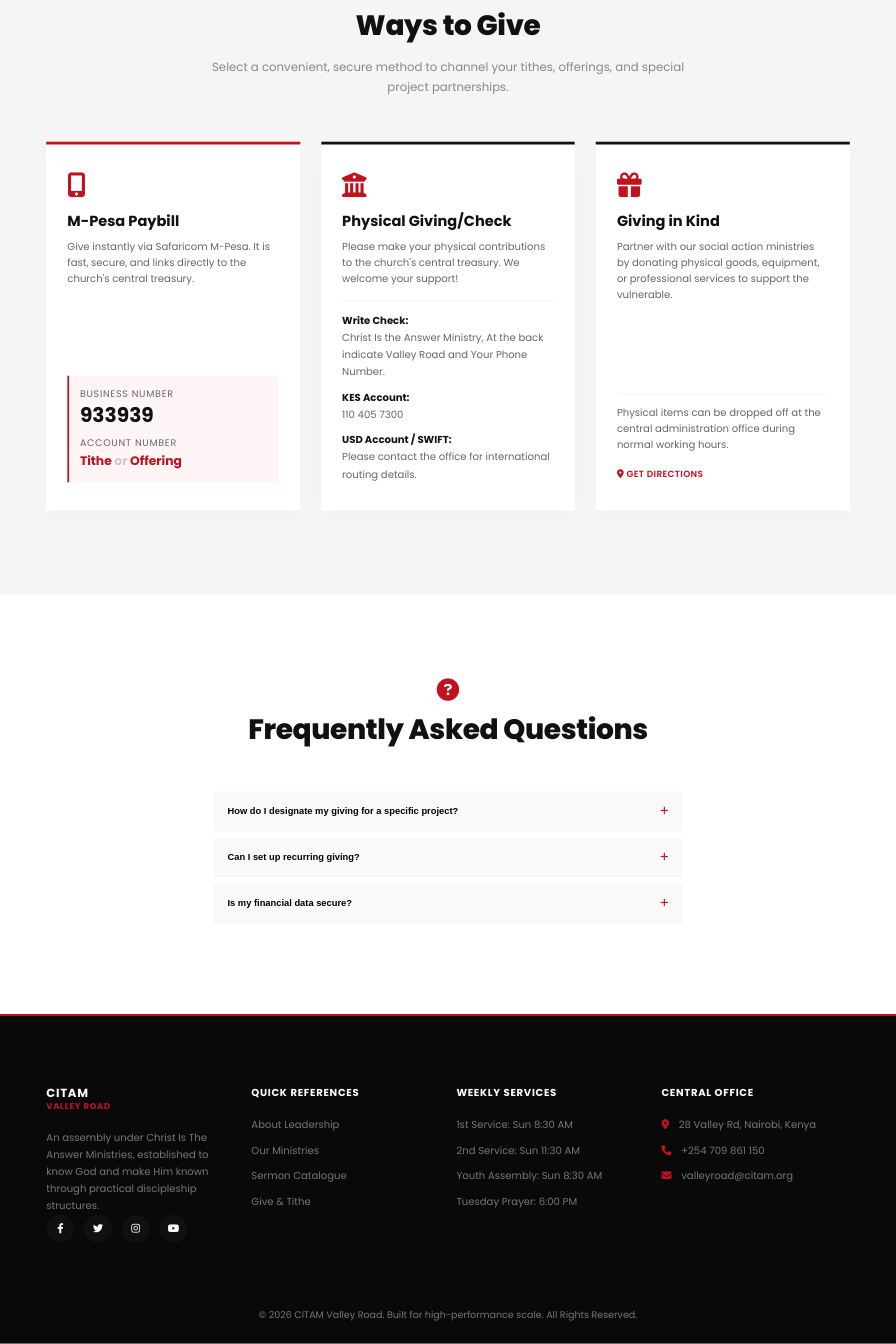
Repository: jereworks/CITAMVRD-Website
Page: give.html
These files come from the project's save history. The page is drawn as it stood at one moment and after the next save; the edit follows.
The browser window is 1280 px wide. The pictures show the part of the page from y = 618 to 2538 px (the page is 2538 px tall before and 2477 px after), at 70% of full size.

Above is the page before, as saved 2026-06-11 16:57:47.

### give.html
<!DOCTYPE html>
<html lang="en">
<head>
    <meta charset="UTF-8">
    <meta name="viewport" content="width=device-width, initial-scale=1.0">
    <meta name="description" content="Support the ministry at CITAM Valley Road through your tithes, offerings, and partnership. Find our M-Pesa Paybill, Bank details, and other giving methods.">
    <title>Give & Partner | CITAM Valley Road</title>

    <link rel="preconnect" href="https://fonts.googleapis.com">
    <link rel="preconnect" href="https://fonts.gstatic.com" crossorigin>
    <link href="https://fonts.googleapis.com/css2?family=Poppins:wght@300;400;500;600;700;800&display=swap" rel="stylesheet">
    <link rel="stylesheet" href="https://cdnjs.cloudflare.com/ajax/libs/font-awesome/6.4.0/css/all.min.css">

    <link rel="stylesheet" href="css/style.css">
</head>
<body>

    <div class="top-bar">
        <div class="container top-bar-flex">
            <div class="top-info">
                <span><i class="fas fa-phone-alt"></i> +254 709 861 150</span>
                <span><i class="fas fa-envelope"></i> valleyroad@citam.org</span>
                <span><i class="fas fa-map-marker-alt"></i> 28 Valley Rd, Nairobi, Kenya</span>
            </div>
            <div class="top-social">
                <a href="https://www.facebook.com/citamvrdke" target="_blank" aria-label="Facebook"><i class="fab fa-facebook-f"></i></a>
                <a href="https://x.com/CitamVrdKE" aria-label="Twitter"><i class="fab fa-twitter"></i></a>
                <a href="https://www.instagram.com/citamvrdke/" aria-label="Instagram"><i class="fab fa-instagram"></i></a>
                <a href="https://www.youtube.com/@CITAMValleyRoadNPC" aria-label="YouTube"><i class="fab fa-youtube"></i></a>
            </div>
        </div>
    </div>

    <header class="header" id="header">
        <div class="container nav-container">

            <a href="index.html" class="logo" aria-label="CITAM Valley Road Home" style="display: flex; align-items: center; gap: 15px; text-decoration: none;">
                <img src="images/CITAMLOGO.svg" alt="CITAM Logo" style="height: 70px; width: auto; display: block;">

                <div style="display: flex; flex-direction: column; justify-content: center;">
                    <span style="font-size: 2.2rem; font-weight: 800; color: #ffffff; line-height: 0.85; letter-spacing: 2px;">
                        CITAM
                    </span>
                    <span style="font-size: 0.7rem; font-weight: 400; color: #ffffff; line-height: 1; margin-top: 6px; text-transform: uppercase; width: 100%; text-align-last: justify;">
                        Valley Road
                    </span>
                </div>
            </a>

            <nav class="nav-menu" id="nav-menu" aria-label="Main Navigation">
                <ul class="nav-list">
                    <li><a href="index.html">Home</a></li>
                    <li><a href="about.html">About Us</a></li>
                    <li><a href="ministries.html">Ministries</a></li>
                    <li><a href="sermons.html">Sermons</a></li>
                    <li><a href="events.html">Events</a></li>
                    <li><a href="gallery.html">Gallery</a></li>
                    <li><a href="contact.html">Contact</a></li>
                </ul>
            </nav>

            <div class="nav-actions">
                <a href="give.html" class="btn btn-primary btn-nav active">Give / Tithe</a>
                <button class="hamburger" id="hamburger" aria-expanded="false" aria-label="Toggle navigation menu">
                    <i class="fas fa-bars"></i>
                </button>
            </div>
        </div>
    </header>

    <section class="about-hero-banner" style="background: linear-gradient(rgba(17, 17, 17, 0.85), rgba(17, 17, 17, 0.85)), url('https://images.unsplash.com/photo-1529070538774-1843cb3265df?auto=format&fit=crop&w=1920&q=80') no-repeat center center/cover;">
        <div class="container text-center">
            <span class="hero-pre-tag animate-on-scroll reveal-up">Worship & Partner</span>
            <h1 class="animate-on-scroll reveal-up delay-1">Giving & Tithes</h1>
            <p class="hero-subtext animate-on-scroll reveal-up delay-2">Honoring God through our resources to advance the Kingdom, support our community, and impact the world.</p>
        </div>
    </section>

    <section class="section bg-light">
        <div class="container">
            <div class="text-center mb-4">
                <span class="section-subtitle text-primary">Secure Transfer Ecosystems</span>
                <h2 class="section-title">Ways to Give</h2>
                <p class="max-width-text">Select a convenient, secure method to channel your tithes, offerings, and special project partnerships.</p>
            </div>

            <div class="grid-3 mt-4">

                <div class="identity-box card-vision animate-on-scroll reveal-up" style="display: flex; flex-direction: column;">
                    <div style="overflow: visible;">
                        <i class="fas fa-mobile-alt icon-lead text-primary"></i>
                    </div>
                    <h3>M-Pesa Paybill</h3>
                    <p style="flex-grow: 1;">Give instantly via Safaricom M-Pesa. It is fast, secure, and links directly to the church's central treasury.</p>

                    <div style="background: rgba(193, 18, 31, 0.04); border-left: 3px solid var(--primary); padding: 15px; margin-top: 20px; border-radius: 0 4px 4px 0;">
                        <span style="display: block; font-size: 0.85rem; color: var(--text-muted); text-transform: uppercase; letter-spacing: 1px;">Business Number</span>
                        <strong style="display: block; font-size: 1.8rem; color: var(--dark); line-height: 1.2;">933939</strong>

                        <span style="display: block; font-size: 0.85rem; color: var(--text-muted); text-transform: uppercase; letter-spacing: 1px; margin-top: 12px;">Account Number</span>
                        <strong style="display: block; font-size: 1.1rem; color: var(--primary);">Tithe <span style="color: #ccc;">or</span> Offering</strong>
                    </div>
                </div>

                <div class="identity-box animate-on-scroll reveal-up delay-1" style="display: flex; flex-direction: column;">
                    <div style="overflow: visible;">
                        <i class="fas fa-university icon-lead text-primary"></i>
                    </div>
                    <h3>Physical Giving/Check</h3>
                    <p style="flex-grow: 1;">Please make your physical contributions to the church's central treasury. We welcome your support!</p>

                    <div style="border-top: 1px solid rgba(0,0,0,0.05); padding-top: 15px; margin-top: 20px;">
                        <ul style="list-style: none; font-size: 0.9rem;">
                            <li style="margin-bottom: 12px;">
                                <strong style="color: var(--dark); display: block;">Write Check:</strong>
                                Christ Is the Answer Ministry, At the back indicate Valley Road and Your Phone Number.
                            </li>

                            <li style="margin-bottom: 12px;">
                                <strong style="color: var(--dark); display: block;">KES Account:</strong>
                                110 405 7300
                            </li>
                            <li>
                                <strong style="color: var(--dark); display: block;">USD Account / SWIFT:</strong>
                                Please contact the office for international routing details.
                            </li>
                        </ul>
                    </div>
                </div>

                <div class="identity-box animate-on-scroll reveal-up delay-2" style="display: flex; flex-direction: column;">
                    <div style="overflow: visible;">
                        <i class="fas fa-gift icon-lead text-primary"></i>
                    </div>
                    <h3>Giving in Kind</h3>
                    <p style="flex-grow: 1;">Partner with our social action ministries by donating physical goods, equipment, or professional services to support the vulnerable.</p>

                    <div style="border-top: 1px solid rgba(0,0,0,0.05); padding-top: 15px; margin-top: 20px;">
                        <p style="font-size: 0.9rem; margin-bottom: 15px;">Physical items can be dropped off at the central administration office during normal working hours.</p>
                        <a href="contact.html" class="action-link" style="color: var(--primary);"><i class="fas fa-map-marker-alt"></i> Get Directions</a>
                    </div>
                </div>

            </div>
        </div>
    </section>

    <section class="section bg-white">
        <div class="container max-width-text">
            <div class="text-center mb-4">
                <i class="fas fa-question-circle text-primary" style="font-size: 2rem; margin-bottom: 15px;"></i>
                <h2 class="section-title">Frequently Asked Questions</h2>
            </div>

            <div class="accordion-container animate-on-scroll reveal-up">

                <div class="accordion-item">
                    <button class="accordion-header" aria-expanded="false">
                        <span>How do I designate my giving for a specific project?</span>
                        <i class="fas fa-plus text-primary transition-smooth"></i>
                    </button>
                    <div class="accordion-content">
                        <p style="padding: 15px 0;">When using M-Pesa, you can indicate the specific project name in the <strong>Account Number</strong> field (e.g., "Building Fund", "Missions", or "Welfare"). For Bank Transfers, please include the designation in your transfer reference notes.</p>
                    </div>
                </div>

                <div class="accordion-item">
                    <button class="accordion-header" aria-expanded="false">
                        <span>Can I set up recurring giving?</span>
                        <i class="fas fa-plus text-primary transition-smooth"></i>
                    </button>
                    <div class="accordion-content">
                        <p style="padding: 15px 0;">Yes. We highly encourage setting up a Standing Order with your bank. This automates your tithes and regular offerings, ensuring consistency. You can use the bank details provided above to set this up with your branch.</p>
                    </div>
                </div>

                <div class="accordion-item">
                    <button class="accordion-header" aria-expanded="false">
                        <span>Is my financial data secure?</span>
                        <i class="fas fa-plus text-primary transition-smooth"></i>
                    </button>
                    <div class="accordion-content">
                        <p style="padding: 15px 0;">Absolutely. All digital transactions are processed directly through Safaricom and our partnered commercial banks. CITAM Valley Road does not intercept, store, or process your direct banking passwords or PINs.</p>
                    </div>
                </div>

            </div>
        </div>
    </section>

    <footer class="footer">
        <div class="container grid-4">
            <div class="footer-col">
                <h3>CITAM<span>Valley Road</span></h3>
                <p>An assembly under Christ Is The Answer Ministries, established to know God and make Him known through practical discipleship structures.</p>
                <div class="social-links">
                    <a href="https://www.facebook.com/citamvrdke" target="_blank" rel="noopener noreferrer" aria-label="Facebook"><i class="fab fa-facebook-f"></i></a>
                    <a href="https://x.com/CitamVrdKE" target="_blank" rel="noopener noreferrer" aria-label="Twitter"><i class="fab fa-twitter"></i></a>
                    <a href="https://www.instagram.com/citamvrdke/" target="_blank" rel="noopener noreferrer" aria-label="Instagram"><i class="fab fa-instagram"></i></a>
                    <a href="https://www.youtube.com/@CITAMValleyRoadNPC" target="_blank" rel="noopener noreferrer" aria-label="YouTube"><i class="fab fa-youtube"></i></a>
                </div>
            </div>
            <div class="footer-col">
                <h4>Quick References</h4>
                <ul>
                    <li><a href="about.html">About Leadership</a></li>
                    <li><a href="ministries.html">Our Ministries</a></li>
                    <li><a href="sermons.html">Sermon Catalogue</a></li>
                    <li><a href="give.html">Give & Tithe</a></li>
                </ul>
            </div>
            <div class="footer-col">
                <h4>Weekly Services</h4>
                <ul>
                    <li>1st Service: Sun 8:30 AM</li>
                    <li>2nd Service: Sun 11:30 AM</li>
                    <li>Youth Assembly: Sun 8:30 AM</li>
                    <li>Tuesday Prayer: 6:00 PM</li>
                </ul>
            </div>
            <div class="footer-col">
                <h4>Central Office</h4>
                <ul>
                    <li><i class="fas fa-map-marker-alt"></i> 28 Valley Rd, Nairobi, Kenya</li>
                    <li><i class="fas fa-phone"></i> +254 709 861 150</li>
                    <li><i class="fas fa-envelope"></i> valleyroad@citam.org</li>
                </ul>
            </div>
        </div>
        <div class="footer-bottom text-center">
            <p>© 2026 CITAM Valley Road. Built for high-performance scale. All Rights Reserved.</p>
        </div>
    </footer>

    <script>
        document.addEventListener('DOMContentLoaded', () => {

            // 1. Sticky Header Intersection
            const header = document.getElementById('header');
            window.addEventListener('scroll', () => {
                if (window.scrollY > 50) {
                    header.classList.add('scrolled');
                } else {
                    header.classList.remove('scrolled');
                }
            });

            // 2. Mobile Nav Toggle
            const hamburger = document.getElementById('hamburger');
            const navMenu = document.getElementById('nav-menu');
            hamburger.addEventListener('click', () => {
                navMenu.classList.toggle('show');
                const isExpanded = hamburger.getAttribute('aria-expanded') === 'true';
                hamburger.setAttribute('aria-expanded', !isExpanded);
            });

            // 3. Cinematic Scroll Reveal via IntersectionObserver
            const observerOptions = {
                root: null,
                rootMargin: '0px',
                threshold: 0.15
            };

            const revealObserver = new IntersectionObserver((entries, observer) => {
                entries.forEach(entry => {
                    if (entry.isIntersecting) {
                        entry.target.classList.add('active');
                        observer.unobserve(entry.target);
                    }
                });
            }, observerOptions);

            const animatableElements = document.querySelectorAll('.animate-on-scroll');
            animatableElements.forEach(el => revealObserver.observe(el));

            // 4. Accordion Logic (Scalable UI Pattern)
            const accordionHeaders = document.querySelectorAll('.accordion-header');

            accordionHeaders.forEach(header => {
                header.addEventListener('click', function() {
                    const content = this.nextElementSibling;
                    const icon = this.querySelector('i');
                    const isOpen = content.style.maxHeight;

                    // Close all other accordions
                    document.querySelectorAll('.accordion-content').forEach(item => {
                        item.style.maxHeight = null;
                    });
                    document.querySelectorAll('.accordion-header i').forEach(item => {
                        item.classList.remove('fa-minus');
                        item.classList.add('fa-plus');
                    });
                    document.querySelectorAll('.accordion-header').forEach(item => {
                        item.setAttribute('aria-expanded', 'false');
                    });

                    // Open clicked if it was closed
                    if (!isOpen) {
                        content.style.maxHeight = content.scrollHeight + "px";
                        icon.classList.remove('fa-plus');
                        icon.classList.add('fa-minus');
                        this.setAttribute('aria-expanded', 'true');
                    }
                });
            });
        });
    </script>
</body>
</html>

Loaded but not shown: css/style.css (1641 lines, source omitted)

After the next save:
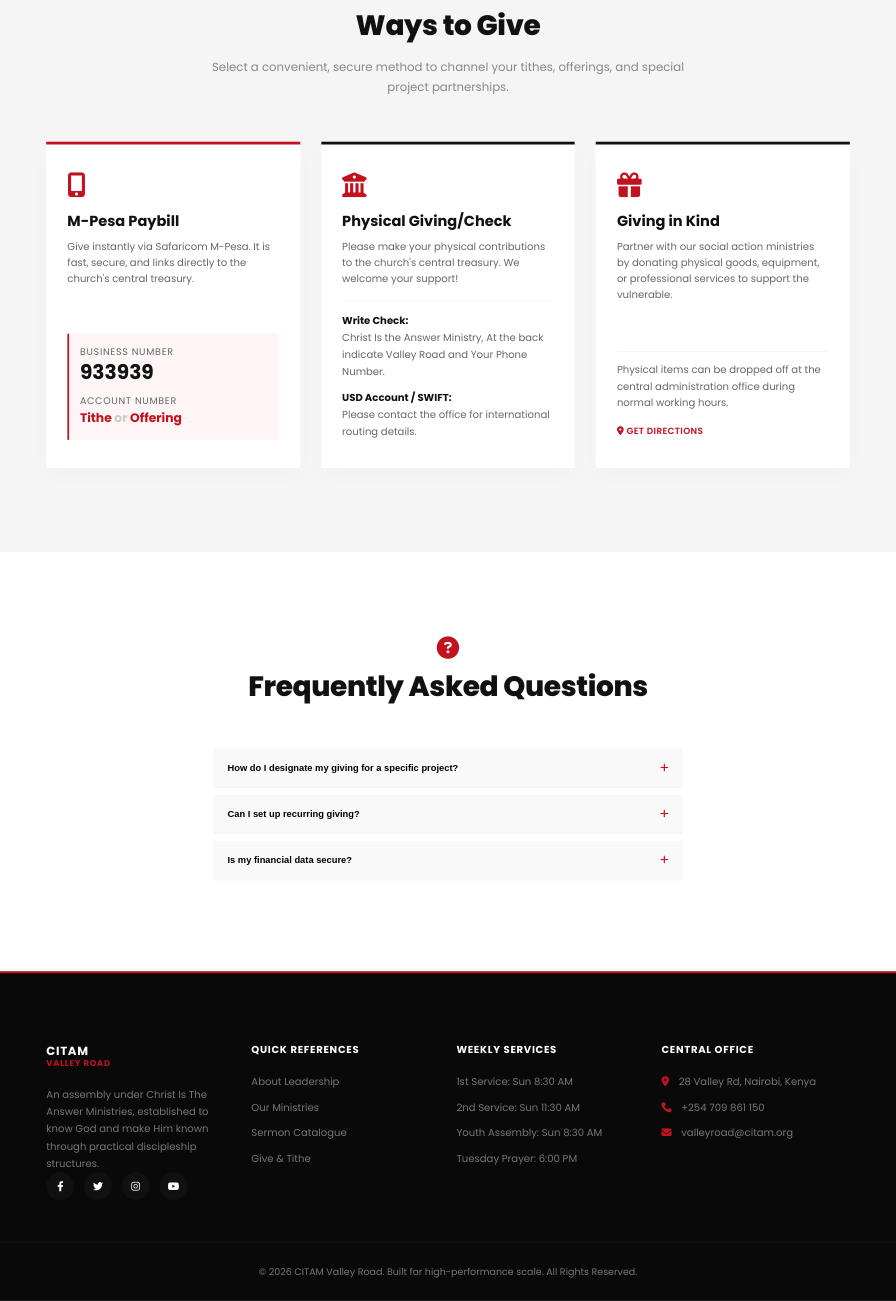
Saved 36 s later.
--- a/give.html
+++ b/give.html
@@ -116,10 +116,6 @@
                                 Christ Is the Answer Ministry, At the back indicate Valley Road and Your Phone Number.
                             </li>
 
-                            <li style="margin-bottom: 12px;">
-                                <strong style="color: var(--dark); display: block;">KES Account:</strong>
-                                110 405 7300
-                            </li>
                             <li>
                                 <strong style="color: var(--dark); display: block;">USD Account / SWIFT:</strong>
                                 Please contact the office for international routing details.
